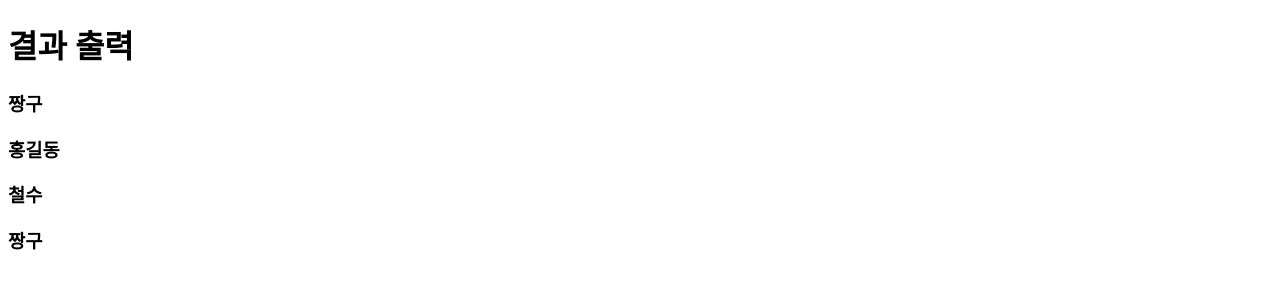
Repository: Kimth520/JSP-study
Page: http://localhost/day03/MyServlet
These files come from the project's save history. The page is drawn as it stood at one moment and after the next save; the edit follows.
The browser window is 1280 px wide. The pictures show the whole page.
The page is served by Tomcat 9.

Above is the page before, as saved 2025-01-14 05:17:34.

### workspace/day03/src/main/webapp/jstlTest.jsp
<%@ page language="java" contentType="text/html; charset=UTF-8"
    pageEncoding="UTF-8"%>
<%@ taglib uri="http://java.sun.com/jsp/jstl/core" prefix="c" %>
<!DOCTYPE html>
<html>
<head>
<meta charset="UTF-8">
<title>Insert title here</title>
</head>
<body>
	<h1>결과 출력</h1>
	<%-- <h3><%=request.getAttribute("name") %></h3> --%>
	<h3>${name}</h3>
	<% pageContext.setAttribute("name", "홍길동"); %>
	<h3>${name}</h3>
	<h3>${param.name}</h3>
	<h3>${requestScope.name}</h3>
</body>
</html>

### workspace/day03/src/main/java/com/servlet/app/MyServlet.java
package com.servlet.app;

import java.io.IOException;
import javax.servlet.ServletException;
import javax.servlet.annotation.WebServlet;
import javax.servlet.http.HttpServlet;
import javax.servlet.http.HttpServletRequest;
import javax.servlet.http.HttpServletResponse;

/**
 * Servlet implementation class MyServlet
 */
//@WebServlet("/MyServlet")
public class MyServlet extends HttpServlet {
   private static final long serialVersionUID = 1L;

    /**
     * @see HttpServlet#HttpServlet()
     */
    public MyServlet() {
        super();
        // TODO Auto-generated constructor stub
    }

   /**
    * @see HttpServlet#doGet(HttpServletRequest request, HttpServletResponse response)
    */
   protected void doGet(HttpServletRequest request, HttpServletResponse response) throws ServletException, IOException {
      // TODO Auto-generated method stub
//      response.getWriter().append("Served at: ").append(request.getContextPath());
      request.setAttribute("name", "짱구");
//      request.getRequestDispatcher("jstlTest.jsp").forward(request, response);
      request.setCharacterEncoding("UTF-8");
      request.getRequestDispatcher("jstlTest.jsp?name=철수").forward(request, response);
   }

   /**
    * @see HttpServlet#doPost(HttpServletRequest request, HttpServletResponse response)
    */
   protected void doPost(HttpServletRequest request, HttpServletResponse response) throws ServletException, IOException {
      // TODO Auto-generated method stub
      doGet(request, response);
   }

}

After the next save:
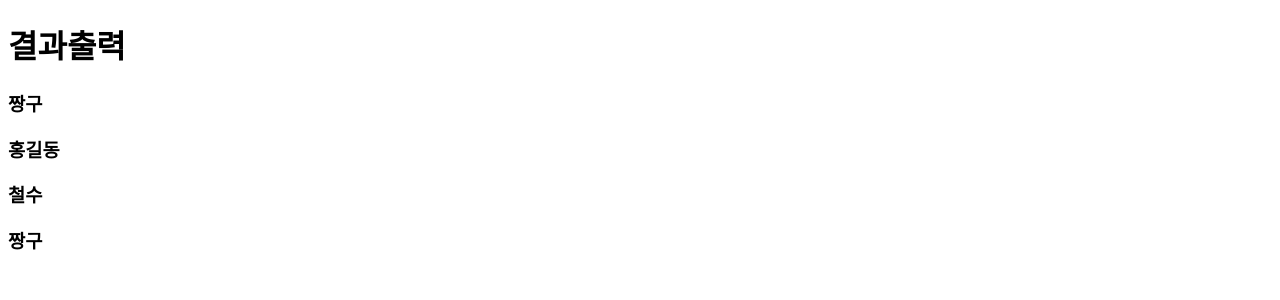
Saved 84 s later.
--- a/workspace/day03/src/main/webapp/jstlTest.jsp
+++ b/workspace/day03/src/main/webapp/jstlTest.jsp
@@ -8,12 +8,16 @@
 <title>Insert title here</title>
 </head>
 <body>
-	<h1>결과 출력</h1>
-	<%-- <h3><%=request.getAttribute("name") %></h3> --%>
-	<h3>${name}</h3>
-	<% pageContext.setAttribute("name", "홍길동"); %>
-	<h3>${name}</h3>
-	<h3>${param.name}</h3>
-	<h3>${requestScope.name}</h3>
+   <h1>결과출력</h1>
+<%--    <h3><%= request.getAttribute("name") %></h3> --%>
+   <h3>${name}</h3>
+   <!-- 서블릿에서 담아준 name => 짱구 -->
+   <% pageContext.setAttribute("name", "홍길동"); %>
+   <h3>${name}</h3>
+   <!-- jsp 파일에서 담아준 name => 홍길동 -->
+   <h3>${param.name}</h3>
+   <!-- 서블릿에서 쿼리스트링으로 전달한 ?name => 철수 -->
+   <h3>${requestScope.name}</h3>
+   <!-- 서블릿에서 담아준 name => 짱구 -->
 </body>
 </html>
